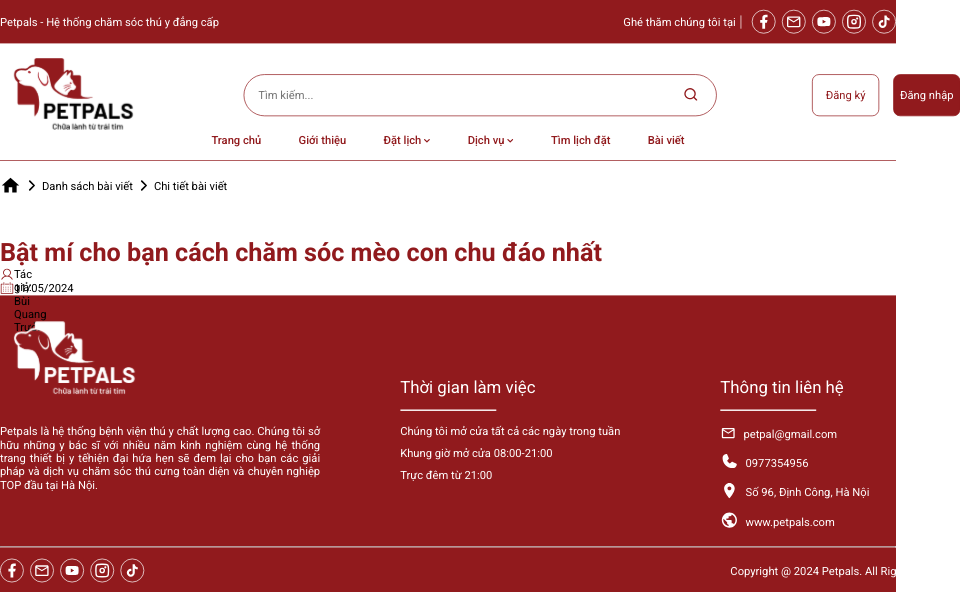
Repository: ahntrung1909/Petpals
Page: /danh-sach-bai-viet/chi-tiet-bai-viet (app in petpals-user-main/)
These files come from the project's save history. The page is drawn as it stood at one moment and after the next save; the edit follows.
The browser window is 1280 px wide. The page is 1372 px wide, so the pictures cover 1372 px, including what lies to the right of the window. The pictures show the part of the page from y = 0 to 1760 px (the page is 846 px tall before and 2902 px after), at 70% of full size.
The project was rebuilt for these pictures with package versions that can differ from the ones it lists, and the page was loaded fresh each time. The framework's server and built-in components were replaced by stand-ins that run in the browser. Also part of the build but not shown: petpals-user-main/next.config.js, petpals-user-main/next.config.mjs.

Above is the page before, as saved 2024-04-14 17:32:23.

### petpals-user-main/src/app/layout.js
import { Footer } from "@/components/Footer/Footer";
import "./global.scss";
import { Header } from "@/components/Header/Header";
import { ToastContainer } from "react-toastify";
import "react-toastify/dist/ReactToastify.css";
import { Button, ConfigProvider, Space } from "antd";

export const metadata = {
  title: "Petpals - Chữa lành từ trái tim",
  description: "Petpals",
};

export default function RootLayout({ children }) {
  return (
    <html lang="en">
      <body>
        <Header />
        <ToastContainer />
        <ConfigProvider
          theme={{
            token: {
              colorPrimary: "#911A1D",
              fontFamily: "Roboto",
            },
            components: {
              DatePicker: {
                inputFontSize: 16,
              },
              Menu: {
                itemBg: "transparent",
                subMenuItemBg: "transparent",
                activeBarBorderWidth: 0,
                itemSelectedBg: "rgba(145, 26, 29, 0.05)",
                itemBorderRadius: 0,
              },
            },
          }}
        >
          {children}
        </ConfigProvider>
        <Footer />
      </body>
    </html>
  );
}

### petpals-user-main/src/app/danh-sach-bai-viet/chi-tiet-bai-viet/page.js
import React from "react";
import "./style.scss";

export default function page() {
  return (
    <main>
      <div className="breadcrumb">
        <img src="/icon/ic_baseline-home.svg" alt="" />
        <img src="/icon/iconamoon_arrow-right-2.svg" alt="" />
        <p>Danh sách bài viết</p>
        <img src="/icon/iconamoon_arrow-right-2.svg" alt="" />
        <p>Chi tiết bài viết</p>
      </div>
      <div className="article-section">
        <div className="article-section-left">
          <h1 className="article-title">
            Bật mí cho bạn cách chăm sóc mèo con chu đáo nhất
          </h1>
          <div className="article-author-time">
            <div className="article-item">
              <img src="/icon/ph_user.svg" alt="" />
              <p>Tác giả: Bùi Quang Trưởng</p>
            </div>
            <div className="article-item">
              <img src="/icon/clarity_date-line.svg" alt="" />
              <p>11/05/2024</p>
            </div>
          </div>
        </div>
      </div>
    </main>
  );
}

### petpals-user-main/src/components/Footer/Footer.js
import { Socialicon } from "../Socialicon/Socialicon";
import "./style.scss";
export const Footer = () => {
  return (
    <footer>
      <div className="row row-1">
        <div className="logo">
          <img src="/img/logo_am_ban.svg" alt="" />
        </div>
        <div className="working-time">Thời gian làm việc</div>
        <div className=" contact-info">Thông tin liên hệ</div>
      </div>
      <div className="row">
        <div className="about">
          Petpals là hệ thống bệnh viện thú y chất lượng cao. Chúng tôi sở hữu
          những y bác sĩ với nhiều năm kinh nghiệm cùng hệ thống trang thiết bị
          y tếhiện đại hứa hẹn sẽ đem lại cho bạn các giải pháp và dịch vụ chăm
          sóc thú cưng toàn diện và chuyên nghiệp TOP đầu tại Hà Nội.
        </div>
        <ul className="working-time-more">
          <li>Chúng tôi mở cửa tất cả các ngày trong tuần</li>
          <li>Khung giờ mở cửa 08:00-21:00</li>
          <li>Trực đêm từ 21:00</li>
        </ul>
        <ul className="contact-info-more">
          <li className="contact-item">
            <span>
              <img src="/icon/material-symbols_mail-outline.svg" alt="" />
            </span>
            petpal@gmail.com
          </li>
          <li className="contact-item">
            <span>
              <img src="/icon/ph_phone-fill.svg" alt="" />
            </span>
            0977354956
          </li>
          <li className="contact-item">
            <span>
              <img src="/icon/mdi_location.svg" alt="" />
            </span>
            Số 96, Định Công, Hà Nội
          </li>
          <li className="contact-item">
            <span>
              <img src="/icon/mdi_earth.svg" alt="" />
            </span>
            www.petpals.com
          </li>
        </ul>
      </div>
      <hr />
      <div className="footer-bottom">
        <Socialicon />
        <div>Copyright @ 2024 Petpals. All Rights Reverved</div>
      </div>
    </footer>
  );
};

### petpals-user-main/src/app/global.scss
@import url("https://fonts.googleapis.com/css2?family=Roboto:ital,wght@0,100;0,300;0,400;0,500;0,700;0,900;1,100;1,300;1,400;1,500;1,700;1,900&display=swap");
@import "../style/variable";
* {
  padding: 0;
  margin: 0;
  box-sizing: border-box;
}
body {
  font-family: "Roboto", sans-serif;
  font-size: 16px;
}
a {
  text-decoration: none;
  color: black;
}
ul,
li {
  list-style: none;
}
input,
textarea {
  width: 100%;
  border: none;
  outline: none;
  font-family: "Roboto", sans-serif;
  font-size: 16px;
}
img {
  width: 100%;
}
button {
  font-family: "Roboto", sans-serif;
  font-size: 16px;
}
label {
  font-family: "Roboto", sans-serif;
  font-size: 16px;
}

// custom scroll bar
::-webkit-scrollbar-track {
  background-color: #f5f5f5;
}

::-webkit-scrollbar {
  width: 6px;
  height: 6px;
  background-color: #f5f5f5;
}

::-webkit-scrollbar-thumb {
  background-image: linear-gradient($BROWN_500, $RED_500);
  // border-radius: 10px;
}
::-webkit-scrollbar-thumb:horizontal {
  background-image: linear-gradient(to right, $BROWN_500, $RED_500);
  // border-radius: 10px;
}

### petpals-user-main/src/app/danh-sach-bai-viet/chi-tiet-bai-viet/style.scss
@import "../../../style/variable";
@import "../../../style/base";

.article-section {
  width: 1372px;
  margin: 0 auto;
  margin-top: 60px;
  display: flex;
  gap: 20px;
}
.article-section-left {
  width: 1025px;
  h1 {
    font-size: 36px;
    color: $BROWN_500;
  }
  .article-author-time {
    .article-item {
      display: flex;
      width: 20px;
      height: 20px;
    }
  }
}

### petpals-user-main/src/components/Socialicon/Socialicon.js
import "./style.scss";
export const Socialicon = () => {
  return (
    <div className="list-social-icon">
      <div className="icon-item">
        <img src="/icon/ri_facebook-fill.svg" alt="icon-facebook" />
      </div>
      <div className="icon-item">
        <img src="/icon/material-symbols_mail-outline.svg" alt="icon-mail" />
      </div>
      <div className="icon-item">
        <img src="/icon/mdi_youtube.svg" alt="icon-youtube" />
      </div>
      <div className="icon-item">
        <img src="/icon/lets-icons_insta.svg" alt="icon-insta" />
      </div>
      <div className="icon-item">
        <img src="/icon/ic_baseline-tiktok.svg" alt="icon-tiktok" />
      </div>
    </div>
  );
};

### petpals-user-main/src/components/Footer/style.scss
@import "../../style/variable";
footer {
  display: block;
  width: 100vw;
  height: 424px;
  background-color: $BROWN_500;
  padding: 20px 0;
}
.row {
  width: 1372px;
  margin: 0 auto;
  display: grid;
  grid-template-columns: repeat(12, 1fr);
  row-gap: 20px;
  color: white;
  margin-bottom: 20px;
}
.row-1 {
  align-items: flex-end;
}
.logo {
  width: 214px;
  grid-column: 1/5;
}
.working-time {
  grid-column: 6/10;
  position: relative;
  font-size: 24px;
  padding-bottom: 20px;
  &::after {
    content: "";
    width: 137px;
    height: 2px;
    background-color: white;
    position: absolute;
    left: 0;
    bottom: 0;
  }
}
.contact-info {
  position: relative;
  grid-column: 10/13;
  font-size: 24px;
  padding-bottom: 20px;
  &::after {
    content: "";
    width: 137px;
    height: 2px;
    background-color: white;
    position: absolute;
    left: 0;
    bottom: 0;
  }
}
.about {
  grid-column: 1/5;
  text-align: justify;
}
.working-time-more {
  grid-column: 6/10;
  display: flex;
  flex-direction: column;
  gap: 12px;
}
.contact-info-more {
  grid-column: 10/13;
  display: flex;
  flex-direction: column;
  gap: 12px;
}
.contact-item {
  display: flex;
  gap: 10px;
  align-items: center;
}
.footer-bottom {
  width: 1372px;
  margin: 0 auto;
  margin-top: 16px;
  color: white;
  display: flex;
  align-items: center;
  justify-content: space-between;
}

### petpals-user-main/src/style/_variable.scss
$BROWN_50: rgb(244, 232, 232);
$BROWN_100: rgb(221, 184, 185);
$BROWN_200: rgb(204, 150, 151);
$BROWN_300: rgb(181, 102, 104);
$BROWN_400: rgb(167, 72, 74);
$BROWN_500: rgb(145, 26, 29);
$BROWN_600: rgb(132, 24, 26);
$BROWN_700: rgb(103, 18, 21);
$BROWN_800: rgb(80, 14, 16);
$BROWN_900: rgb(61, 11, 12);
$RED_50: rgb(255, 247, 247);
$RED_100: rgb(255, 230, 231);
$RED_200: rgb(255, 217, 219);
$RED_300: rgb(255, 200, 202);
$RED_400: rgb(255, 189, 192);
$RED_500: rgb(255, 173, 176);
$RED_600: rgb(232, 157, 160);
$RED_700: rgb(181, 123, 125);
$RED_800: rgb(140, 95, 97);
$RED_900: rgb(107, 73, 74);
$BROWN_DARK_50: rgb(236, 233, 233);
$BROWN_DARK_100: rgb(195, 186, 186);
$BROWN_DARK_200: rgb(165, 152, 152);
$BROWN_DARK_300: rgb(124, 105, 106);
$BROWN_DARK_400: rgb(99, 76, 77);
$BROWN_DARK_500: rgb(60, 31, 32);
$BROWN_DARK_600: rgb(55, 28, 29);
$BROWN_DARK_700: rgb(43, 22, 23);
$BROWN_DARK_800: rgb(33, 17, 18);
$BROWN_DARK_900: rgba(25, 13, 13, 0.2);

### petpals-user-main/src/components/Header/style.scss
@import "../../style/_variable";

header {
  height: 230px;
  border-bottom: 1px solid $BROWN_500;
}
div:has(.wrap):nth-child(1) {
  background-color: $BROWN_500;
  height: 62px;
  display: flex;
  align-items: center;
}
.wrap {
  width: 1372px;
  margin: 0 auto;
}
.top-header {
  display: flex;
  justify-content: space-between;
  align-items: center;
  color: white;
}
.social-connect {
  display: flex;
  align-items: center;
  gap: 15px;
}
.social-connect > p {
  padding: 0px 7px;
  border-right: 1px solid white;
}
div:has(.wrap):nth-child(2) {
  padding-top: 18px;
}
.main-header {
  display: flex;
  align-items: center;
  justify-content: space-between;
}
.petpals-logo {
  display: block;
  width: 211px;
  height: 111px;
}
.header-main-right {
  display: flex;
  width: 1024px;
  justify-content: space-between;
  align-items: center;
}
.search-input {
  display: flex;
  position: relative;

  input {
    width: 676px;
    height: 60px;
    padding: 0px 60px 0px 20px;
    border: 1px solid $BROWN_500;
    border-radius: 99px;
    display: flex;
    justify-content: center;
    align-items: center;
  }
  .icon-item {
    right: 20px;
    top: 50%;
    transform: translateY(-50%);
    position: absolute;
    cursor: pointer;
  }
}
.btn-group {
  display: flex;
  gap: 20px;
  text-align: center;
  .btn {
    display: flex;
    justify-content: center;
    align-items: center;
    width: 96px;
    height: 60px;
    border: 1px solid $BROWN_500;
    border-radius: 10px;
    color: $BROWN_500;
  }
  .btn:nth-child(1):hover {
    background-color: $BROWN_500;
    color: white;
  }
  .btn:nth-child(2) {
    color: white;
    background-color: $BROWN_500;
    &:hover {
      background-color: $BROWN_300;
    }
  }
}
.nav {
  display: flex;
  align-items: center;
  justify-content: space-between;
  width: 676px;
  margin: 0 auto;
  color: $BROWN_500;
  font-weight: 500;
  z-index: 99;

  &-item {
    display: flex;
    position: relative;
    align-items: center;
    cursor: pointer;
    padding-bottom: 8px;
    &.active > span,
    &.active > a {
      font-weight: 900;
    }
    &:hover .sub-nav:not(.nav-2) {
      display: flex;
    }
    span {
      display: flex;
      justify-content: center;
      align-items: center;
      color: $BROWN_500;
    }
    a {
      display: flex;
      justify-content: center;
      align-items: center;
      color: $BROWN_500;
      width: 100%;
      height: 100%;
    }
    &:hover > a {
      color: $RED_500;
    }
    &:hover > span {
      color: $RED_500;
    }
  }
}
.sub-nav {
  position: absolute;
  z-index: 99;
  top: 100%;
  left: 0;
  border-radius: 10px;
  box-shadow: 0 15px 15px 15px rgba(0, 0, 0, 0.05);
  box-shadow: 0 15px 15px rgba(0, 0, 0, 0.1);
  border: 0.5px solid rgba(0, 0, 0, 0.15);
  background-color: white;
  padding: 8px;
  display: none;
  flex-direction: column;
  gap: 8px;
  &.nav-2 {
    position: absolute;
    top: 0;
    left: 100%;
    transform: translate(8px, -8px);
    display: none;
  }
  &-item {
    position: relative;
    display: flex;
    align-items: center;
    justify-content: space-between;
    &::after {
      content: "";
      width: 8px;
      height: 100%;
      position: absolute;
      top: 0;
      right: -8px;
    }
    &:hover {
      background-color: rgba(0, 0, 0, 0.05);
    }
    &:hover .sub-nav.nav-2 {
      display: flex;
    }
    a {
      width: 100%;
      height: 100%;
      display: flex;
      justify-content: left;
      padding: 12px 16px;
    }
    span {
      padding: 12px 16px;
    }
    &-active > span,
    &-active > a {
      font-weight: 600;
    }
  }
}
.user-login-controller {
  display: flex;
  align-items: center;
  gap: 8px;
  cursor: pointer;
  position: relative;

  &:hover .sub-nav {
    display: flex;
    left: inherit;
    right: 0;
  }
  .user-img {
    width: 56px;
    height: 56px;
    img {
      border-radius: 50%;
    }
  }
}
.icon-bell {
  width: 30px;
  height: 30px;
  position: relative;
  .number-bell {
    position: absolute;
    top: 0;
    right: 0;
    transform: translate(36%, -30%);
    width: 20px;
    height: 20px;
    font-size: 12px;
    font-weight: 500;
    color: white;
    display: flex;
    justify-content: center;
    align-items: center;
    background-color: $RED_500;
    border-radius: 50%;
  }
  .menu-bell {
    display: none;
    position: absolute;
    right: 0;
    bottom: -20px;
    transform: translateY(100%);
    background-color: white;
    width: 554px;
    height: 468px;
    padding: 20px;
    border-radius: 10px;
    z-index: 99;
    box-shadow: 0 0 8px 4px rgba(0, 0, 0, 0.2);
    &.menu-bell-active {
      display: block;
    }
    ::after {
      content: "";
      width: 20px;
      height: 20px;
      background-color: white;
      position: absolute;
      right: 14px;
      top: 0;
      transform: translate(0, -50%);
      rotate: 45deg;
    }
    h3 {
      text-transform: uppercase;
      color: $BROWN_500;
      font-size: 22px;
      margin-bottom: 10px;
    }
    .menu-item {
      display: flex;
      flex-direction: column;
      gap: 10px;
      padding: 8px 0;
      border-bottom: 1px solid rgba(0, 0, 0, 0.25);
      &:hover {
        background-color: $BROWN_50;
      }
      .content {
        font-size: 20px;
      }
      .time {
        font-size: 12px;
      }
      span {
        text-align: left;
        padding: 0 8px;
      }
    }
    .container {
      height: 400px;
      overflow: scroll;
    }
  }
  .overlay {
    display: none;
    position: fixed;
    width: 100vw;
    height: 100vh;
    inset: 0;
    z-index: 20;
    background-color: rgba(0, 0, 0, 0.25);
    cursor: pointer;
    &.overlay-active {
      display: block;
    }
  }
}

### petpals-user-main/src/style/_base.scss
.section-heading {
  width: fit-content;
  margin: 60px auto;
  color: $BROWN_500;
  position: relative;
  font-size: 24px;
  font-weight: 800;
  text-transform: uppercase;
  &::after {
    content: "";
    width: 80%;
    height: 3px;
    position: absolute;
    bottom: -16px;
    left: 50%;
    transform: translateX(-50%);
    background-color: $BROWN_500;
  }
}
.breadcrumb {
  width: 1372px;
  margin: 0 auto;
  display: flex;
  align-items: center;
  padding-top: 20px;
  img {
    width: 30px;
    height: 30px;
  }
}

### petpals-user-main/src/components/Socialicon/style.scss
.list-social-icon {
  display: flex;
  gap: 9px;
}
.icon-item {
  width: 34px;
  height: 34px;
  border: 1px solid white;
  padding: 4px;
  border-radius: 99px;
  display: flex;
  justify-content: center;
  align-items: center;
}

Loaded but not shown: petpals-user-main/src/components/Header/Header.js (334 lines, source omitted)

After the next save:
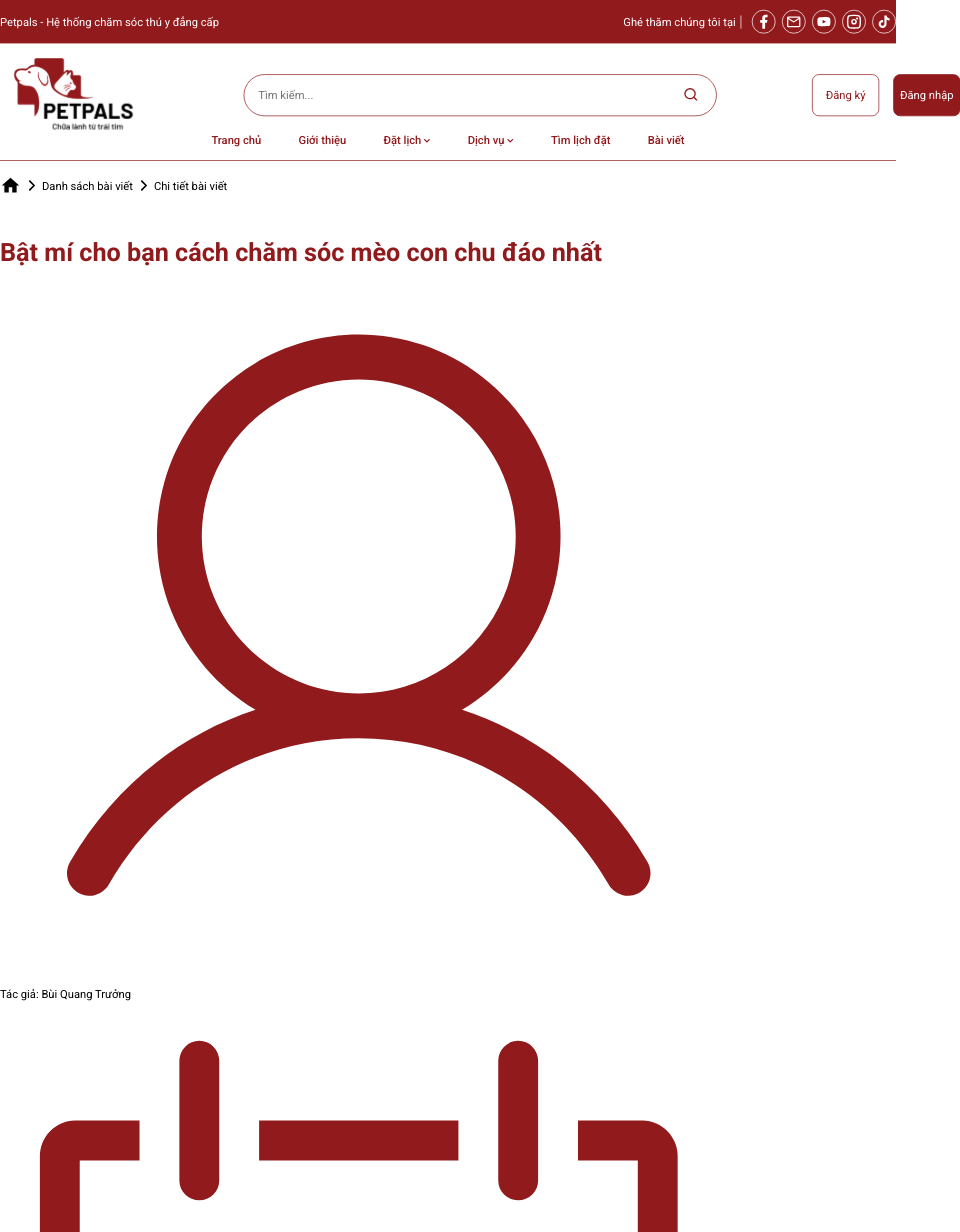
Saved 8 s later.
--- a/petpals-user-main/src/app/danh-sach-bai-viet/chi-tiet-bai-viet/style.scss
+++ b/petpals-user-main/src/app/danh-sach-bai-viet/chi-tiet-bai-viet/style.scss
@@ -14,11 +14,4 @@
     font-size: 36px;
     color: $BROWN_500;
   }
-  .article-author-time {
-    .article-item {
-      display: flex;
-      width: 20px;
-      height: 20px;
-    }
-  }
 }

After the save that followed:
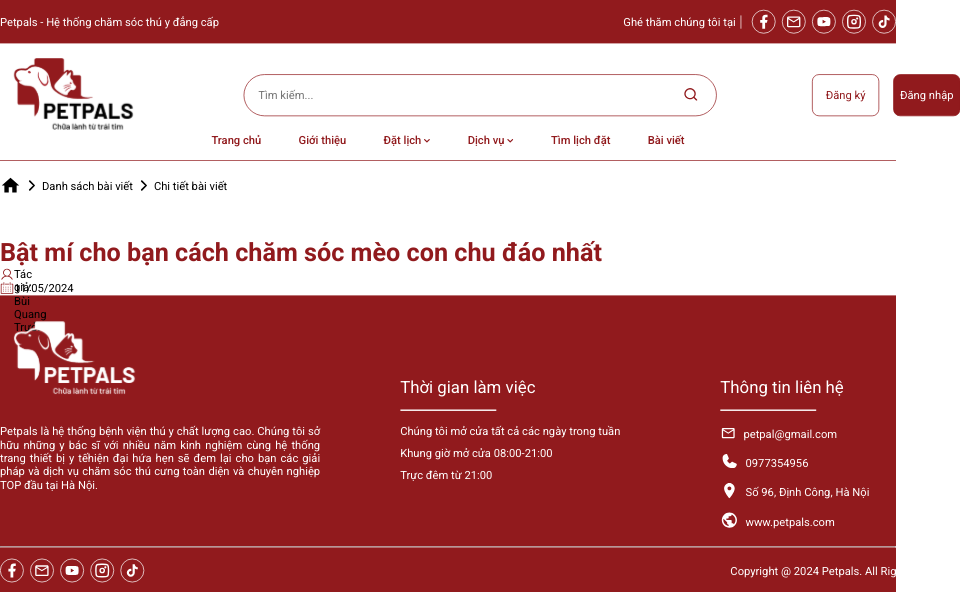
Saved 10 s later.
--- a/petpals-user-main/src/app/danh-sach-bai-viet/chi-tiet-bai-viet/style.scss
+++ b/petpals-user-main/src/app/danh-sach-bai-viet/chi-tiet-bai-viet/style.scss
@@ -14,4 +14,11 @@
     font-size: 36px;
     color: $BROWN_500;
   }
+  .article-author-time {
+    .article-item {
+      display: flex;
+      width: 20px;
+      height: 20px;
+    }
+  }
 }
